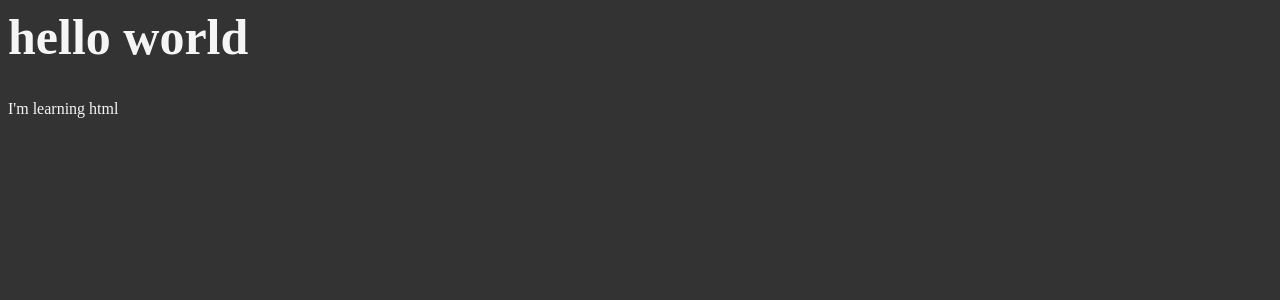
Repository: bao2222/hoc-lam-web
Page: icon.html
The author's editor kept a copy of each file at every save. The page is drawn from the files as they stood at one save, then again after the next save.
The browser window is 1280 px wide. The pictures show the whole page.

Above is the page before, as saved 2024-11-17 20:06:15.

### icon.html
<html>
    <head>
        <title>this is website</title>
        <style>
            h1 {
                font-size: 50px;
            }
            body {
                background-color: #333;
                color:whitesmoke;
            }
        </style>

    </head>
    <body>
        <h1>hello world</h1>
        <p>I'm learning html</p>

    </body>


</html>

After the next save:
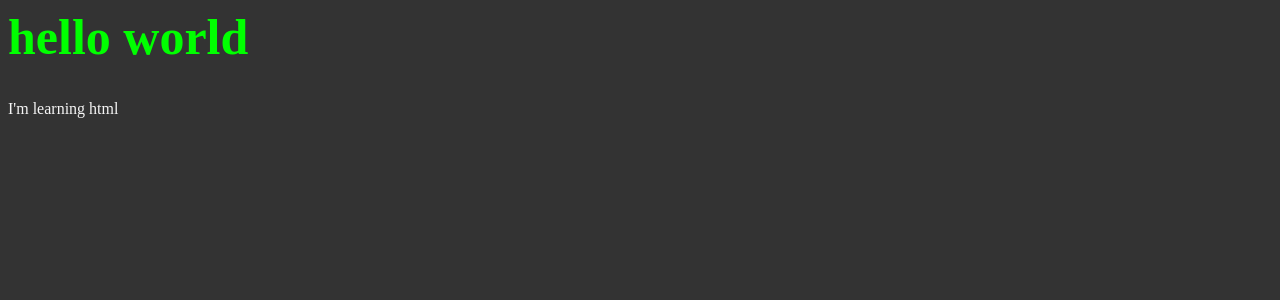
Saved 2 min 1 s later.
--- a/icon.html
+++ b/icon.html
@@ -4,6 +4,8 @@
         <style>
             h1 {
                 font-size: 50px;
+                color: 00FF00;
+
             }
             body {
                 background-color: #333;
